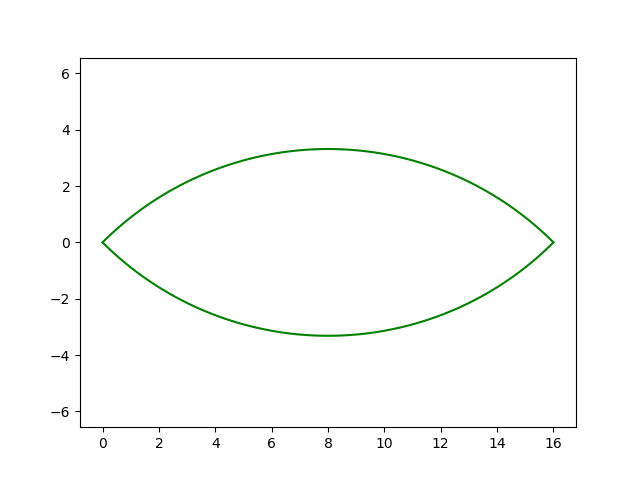
Repository: lbylzkx/Circle-Point-Manuscript
Script's output: python water-lily.py
An editor plug-in stored every save of this project. The script's output is shown before and after the next save, followed by the edit.
Random numbers start from a fixed seed.

Above is the script's output before, as saved 2023-10-01 15:24:26.

### water-lily.py
import numpy as np
import matplotlib.pyplot as plt
from arc import *


# points of water-lily

# Right:
# center:
def waterlily_x_center_right(n, thelta=0):
    return np.sqrt(2)**(n-1)*np.cos(n*np.pi/4+np.pi/4+thelta)


def waterlily_y_center_right(n, thelta=0):
    return np.sqrt(2)**(n-1)*np.sin(n*np.pi/4+np.pi/4+thelta)


# Left:
# center:


def waterlily_x_center_left(n, thelta=0):
    return np.sqrt(2)**(n-1)*np.cos(n*np.pi/4+7*np.pi/4+thelta)


def waterlily_y_center_left(n, thelta=0):
    return np.sqrt(2)**(n-1)*np.sin(n*np.pi/4+7*np.pi/4+thelta)


# from:
def waterlily_x_from(n, thelta=0):
    return np.sqrt(2)**n*np.cos(n*np.pi/4+thelta)


def waterlily_y_from(n, thelta=0):
    return np.sqrt(2)**n*np.sin(n*np.pi/4+thelta)


# to
(0, 0)


# flower
# 放
arc_inverse((waterlily_x_center_left(8), waterlily_y_center_left(8)),
            (waterlily_x_from(8), waterlily_y_from(8)), (0, 0), 'g')
arc_inverse((waterlily_x_center_right(8), waterlily_y_center_right(8)), (0, 0),
            (waterlily_x_from(8), waterlily_y_from(8)), 'g')
# 聚
# arc((waterlily_x_center_left(8), waterlily_y_center_left(8)), (0, 0),
#     (waterlily_x_from(8), waterlily_y_from(8)))
# arc((waterlily_x_center_right(8), waterlily_y_center_right(8)),
#     (waterlily_x_from(8), waterlily_y_from(8)), (0, 0))
plt.axis('equal')
plt.show()

### arc.py
import matplotlib.pyplot as plt
import numpy as np
import sys
sys.path.append('C:/Userslbylzk/Documents/BaiduSyncdisk/Flowers')

""""""
# 从point1到point2的圆弧
""""""

# 顺时针


def arc(center, point1, point2, color='b'):
    # 计算端点到圆心的向量
    vector1 = np.array(point1) - np.array(center)
    vector2 = np.array(point2) - np.array(center)

    # 计算向量的模长
    r1 = np.linalg.norm(vector1)
    r2 = np.linalg.norm(vector2)

    # 计算向量之间的夹角
    theta1 = np.arctan2(vector1[1], vector1[0])
    theta2 = np.arctan2(vector2[1], vector2[0])

    # 确保 theta2 > theta1
    if theta1 < theta2:
        theta1 += 2 * np.pi

    # 计算圆弧上的点
    t = np.linspace(theta1, theta2, 100)
    x = center[0] + r1 * np.cos(t)
    y = center[1] + r1 * np.sin(t)

    # X,Y轴等长
    plt.axis('equal')
    # 绘制圆弧
    plt.plot(x, y, color)

# 逆时针


def arc_inverse(center, point1, point2, color='b'):
    # 计算端点到圆心的向量
    vector1 = np.array(point1) - np.array(center)
    vector2 = np.array(point2) - np.array(center)

    # 计算向量的模长
    r1 = np.linalg.norm(vector1)
    r2 = np.linalg.norm(vector2)

    # 计算向量之间的夹角
    theta1 = np.arctan2(vector1[1], vector1[0])
    theta2 = np.arctan2(vector2[1], vector2[0])

    # 确保 theta2 > theta1
    if theta2 < theta1:
        theta2 += 2 * np.pi

    # 计算圆弧上的点
    t = np.linspace(theta1, theta2, 100)
    x = center[0] + r1 * np.cos(t)
    y = center[1] + r1 * np.sin(t)

    # X,Y轴等长
    plt.axis('equal')
    # 绘制圆弧
    plt.plot(x, y, color)


"""通过角度画圆弧
"""


def arc_degree(center, radius, angle1, angle2, color='b'):
    angle = np.linspace(angle1, angle2, 1000)
    x = center[0] + radius * np.cos(angle)
    y = center[1] + radius * np.sin(angle)
    plt.axis('equal')
    plt.plot(x, y, color)


# arc_degree((0, 0), 3, np.pi/4, 7*np.pi/4, 'g')


# 示例
# arc((1, 1), (2, 1), (1, 0), 'r')
# arc((1, 1), (1, 0), (2, 1), 'r')
# arc_inverse((1, 1), (1, 0), (2, 1), 'g')
# plt.axis('equal')
# plt.show()

After the next save:
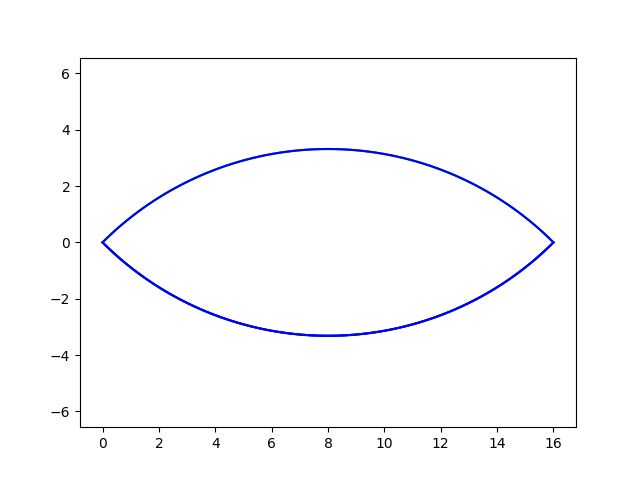
Saved 2 min 48 s later.
--- a/water-lily.py
+++ b/water-lily.py
@@ -40,16 +40,27 @@ def waterlily_y_from(n, thelta=0):
 (0, 0)
 
 
-# flower
+# petal
 # 放
 arc_inverse((waterlily_x_center_left(8), waterlily_y_center_left(8)),
             (waterlily_x_from(8), waterlily_y_from(8)), (0, 0), 'g')
 arc_inverse((waterlily_x_center_right(8), waterlily_y_center_right(8)), (0, 0),
             (waterlily_x_from(8), waterlily_y_from(8)), 'g')
 # 聚
-# arc((waterlily_x_center_left(8), waterlily_y_center_left(8)), (0, 0),
-#     (waterlily_x_from(8), waterlily_y_from(8)))
-# arc((waterlily_x_center_right(8), waterlily_y_center_right(8)),
-#     (waterlily_x_from(8), waterlily_y_from(8)), (0, 0))
+arc((waterlily_x_center_left(8), waterlily_y_center_left(8)), (0, 0),
+    (waterlily_x_from(8), waterlily_y_from(8)))
+arc((waterlily_x_center_right(8), waterlily_y_center_right(8)),
+    (waterlily_x_from(8), waterlily_y_from(8)), (0, 0))
+
+
+def onepetal(n):
+    arc((waterlily_x_center_left(8), waterlily_y_center_left(8)), (0, 0),
+        (waterlily_x_from(8), waterlily_y_from(8)))
+
+
+arc((waterlily_x_center_right(8), waterlily_y_center_right(8)),
+    (waterlily_x_from(8), waterlily_y_from(8)), (0, 0))
+
+
 plt.axis('equal')
 plt.show()
